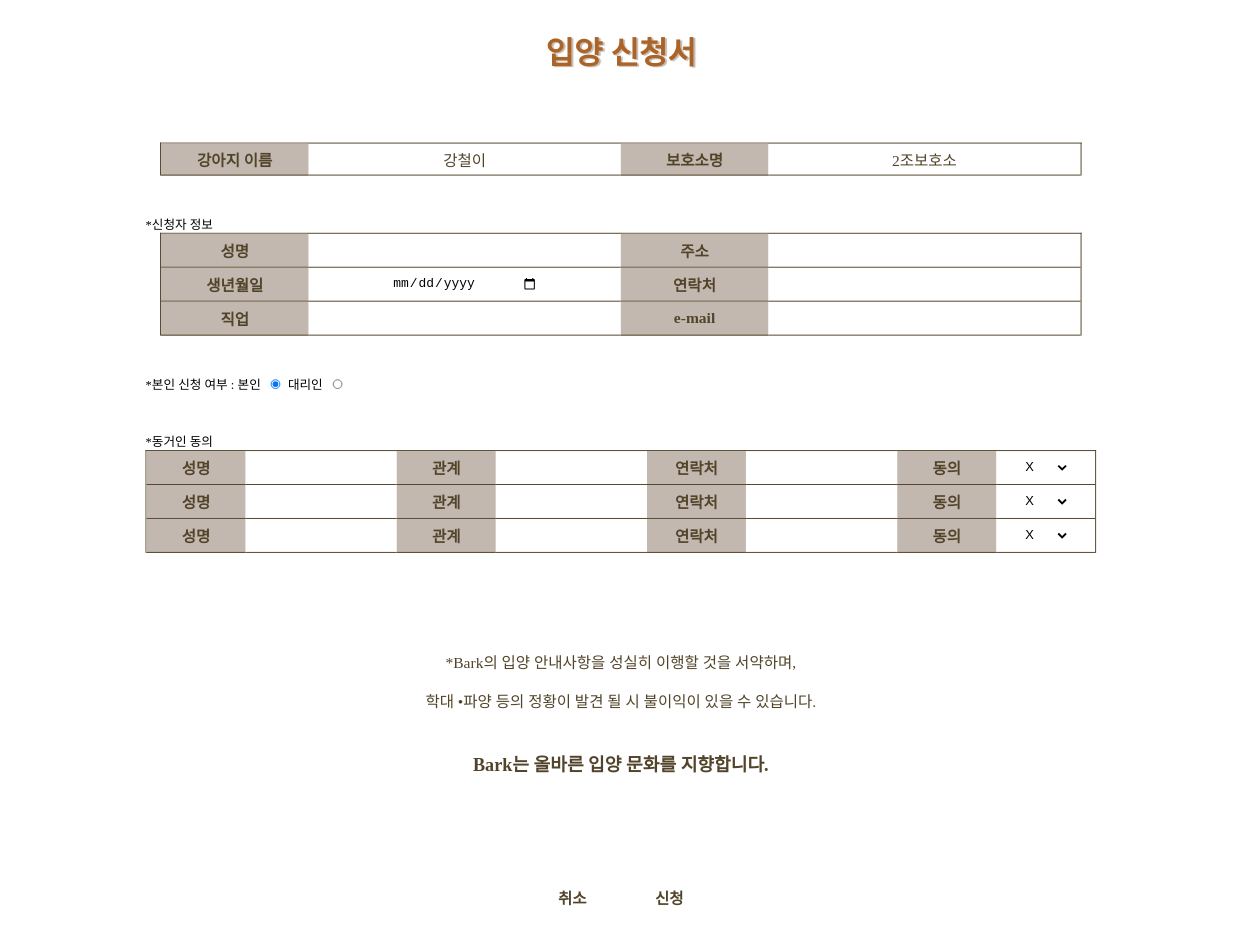
Repository: jngwk/Project-Bark
Page: http://localhost/Bark/include/adoptionForm.jsp
These files come from the project's save history. The page is drawn as it stood at one moment and after the next save; the edit follows.
The browser window is 1280 px wide. The pictures show the whole page, at 97% of full size.
The page is served by Tomcat 9. Other server files are loaded and not shown.

Above is the page before, as saved 2024-03-26 16:01:19.

### java_workspace/Bark/src/main/webapp/include/adoptionForm.jsp
<%@ page language="java" contentType="text/html; charset=UTF-8"
    pageEncoding="UTF-8"%>
<!DOCTYPE html>
<html>
<head>
<meta charset="UTF-8">
<title>Insert title here</title>
<link rel="stylesheet" href="./css/adoptionForm.css">
</head>
<body>
	<div class="container">
        <div class="adoption-title"><h1>입양 신청서</h1></div>
		<div class="adoption">
            <form action="#" method="post" class="adoption-form">
                <div class="firstform">
                    <table>
                        <tbody>
                            <tr>
                                <td>강아지 이름</td>
                                <td>강철이</td>
                                <td>보호소명</td>
                                <td>2조보호소</td>
                            </tr>
                        </tbody>
                    </table>
                </div>

                <div><h>*신청자 정보</h></div>
                <div class="secondform">
                    <table>
                        <tbody>
                            <tr >
                                <td>성명</td>
                                <td><input type="text" name="name" required></td>
                                <td>주소</td>
                                <td><input type="text" name="addr" required></td>
                            </tr>
                            <tr >
                                <td>생년월일</td>
                                <td><input type="date" name="date" required></td>
                                <td>연락처</td>
                                <td><input type="tel" name="tel" required pattern="[0-9]{3}-[0-9]{4}-[0-9]{4}"></td>
                            </tr>
                            <tr >
                                <td>직업</td>
                                <td><input type="text" name="jop"></td>
                                <td>e-mail</td>
                                <td><input type="email" name="email" required></td>
                            </tr>
                        </tbody>
                    </table>
                </div>
                <div><h>*본인 신청 여부 : 본인<input type="radio" name="check"value="1" checked>대리인<input type="radio" name="check"value="2"></h></div>
                <div><h>*동거인 동의</h></div>
                <div class="thirdform">
                    <table>
                        <tbody>
                            <tr>
                                <td>성명</td>
                                <td><input type="text" name="name"></td>
                                <td>관계</td>
                                <td><input type="text" name="relationship"></td>
                                <td>연락처</td>
                                <td><input type="tel" name="tel" required pattern="[0-9]{3}-[0-9]{4}-[0-9]{4}"></td>
                                <td>동의</td>
                                <td><select name="consent">
                                    <option value="1">X</option>
                                    <option value="0">O</option>
                                    </select>
                                </td>
                            </tr>
                            <tr>
                                <td>성명</td>
                                <td><input type="text" name="name"></td>
                                <td>관계</td>
                                <td><input type="text" name="relationship"></td>
                                <td>연락처</td>
                                <td><input type="tel" name="tel" required pattern="[0-9]{3}-[0-9]{4}-[0-9]{4}"></td>
                                <td>동의</td>
                                <td><select name="consent">
                                    <option value="1">X</option>
                                    <option value="0">O</option>
                                    </select>
                                </td>
                            </tr>
                            <tr>
                                <td>성명</td>
                                <td><input type="text" name="name"></td>
                                <td>관계</td>
                                <td><input type="text" name="relationship"></td>
                                <td>연락처</td>
                                <td><input type="tel" name="tel" required pattern="[0-9]{3}-[0-9]{4}-[0-9]{4}"></td>
                                <td>동의</td>
                                <td><select name="consent">
                                    <option value="1">X</option>
                                    <option value="0">O</option>
                                    </select>
                                </td>
                            </tr>
                        </tbody>
                    </table>
                </div>
                <div class="adoption-text">
                    <p>*Bark의 입양 안내사항을 성실히 이행할 것을 서약하며,</p>
                    <p>학대 •파양 등의 정황이 발견 될 시 불이익이 있을 수 있습니다.</p>
                    <h3>Bark는 올바른 입양 문화를 지향합니다.</h3>
                </div>
                <div class="adoption-button">
                <input type="button" value="취소" id="cancel">
                <input type="submit" value="신청" id="result">
                </div>
			</form>
		</div>
	</div>
</body>
</html>

### java_workspace/Bark/src/main/webapp/css/adoptionForm.css
@charset "UTF-8";
/* 타이틀 */
.adoption-title{
    padding-bottom: 50px; color:rgb(171, 100, 39); text-shadow: 2px 1px 1px rgb(195, 184, 175);
}
.container>div{
    display: flex; justify-content: center; align-items: center;
}

/* 테이블 전체 */
.adoption-form>div>table{
    border-spacing: 0;  display: flex; justify-content: center;
}
.adoption-form tbody{
    border:1px solid #52442a;  border-bottom:0px;
}
.adoption-form td{
    border-bottom:1px solid #52442a;  color: #52442a; text-align: center; height: 30px; font-size: 16px;
}
.adoption-form td:nth-child(odd){
    font-weight: bold; background-color:  rgb(195, 184, 175);
}
.adoption-form td:nth-child(even){
    font-weight: nomal;
}

/* 테이블 각각 */
.firstform td:nth-child(odd){
    width: 150px;
}
.firstform td:nth-child(even){
    width: 320px;    }
.secondform td:nth-child(odd){
    width: 150px;
}
.secondform td:nth-child(even){
    width: 320px;
}
.thirdform td:nth-child(odd){
    width: 100px;
}
.thirdform td:nth-child(even){
    width: 100px;
}


/* 인풋테두리정리 */
.adoption-form input{
    border:0; height: 30px; width: 150px; background-color: var(--color-rose-white);
}
.adoption-form input:focus{
    outline: none;
}
.adoption-form>div>table>tbody>tr>td>select{
    width: 50px; border:0; height: 30px; background-color: var(--color-rose-white);
}
.adoption-form>div>table>tbody>tr>td>select:focus{
    outline: none;
}

/* 중간타이틀 */
.adoption-form h{
    font-size: 13px; display: block; padding-top: 40px;
}
.adoption-form h>input{height: 10px; width: 20px}



/* 버튼 */
.adoption-button{
    display: flex; justify-content: center; align-items: center; margin-top:100px;
}
.adoption-button>input{
    width: 80px; height: 30px; font-size: 16px; font-weight: bold; margin: 10px; border-radius: 5px; border: 0px; color: #52442a;
    }
.adoption-button>input:hover{
    background-color: rgb(195, 184, 175);
}

/* 주의사항 */
.adoption-text{display: block; text-align: center; margin-top: 100px; color:#52442a;}
.adoption-text>h3{padding-top: 20px;}


/* #fcf1e7 #52442a */

After the next save:
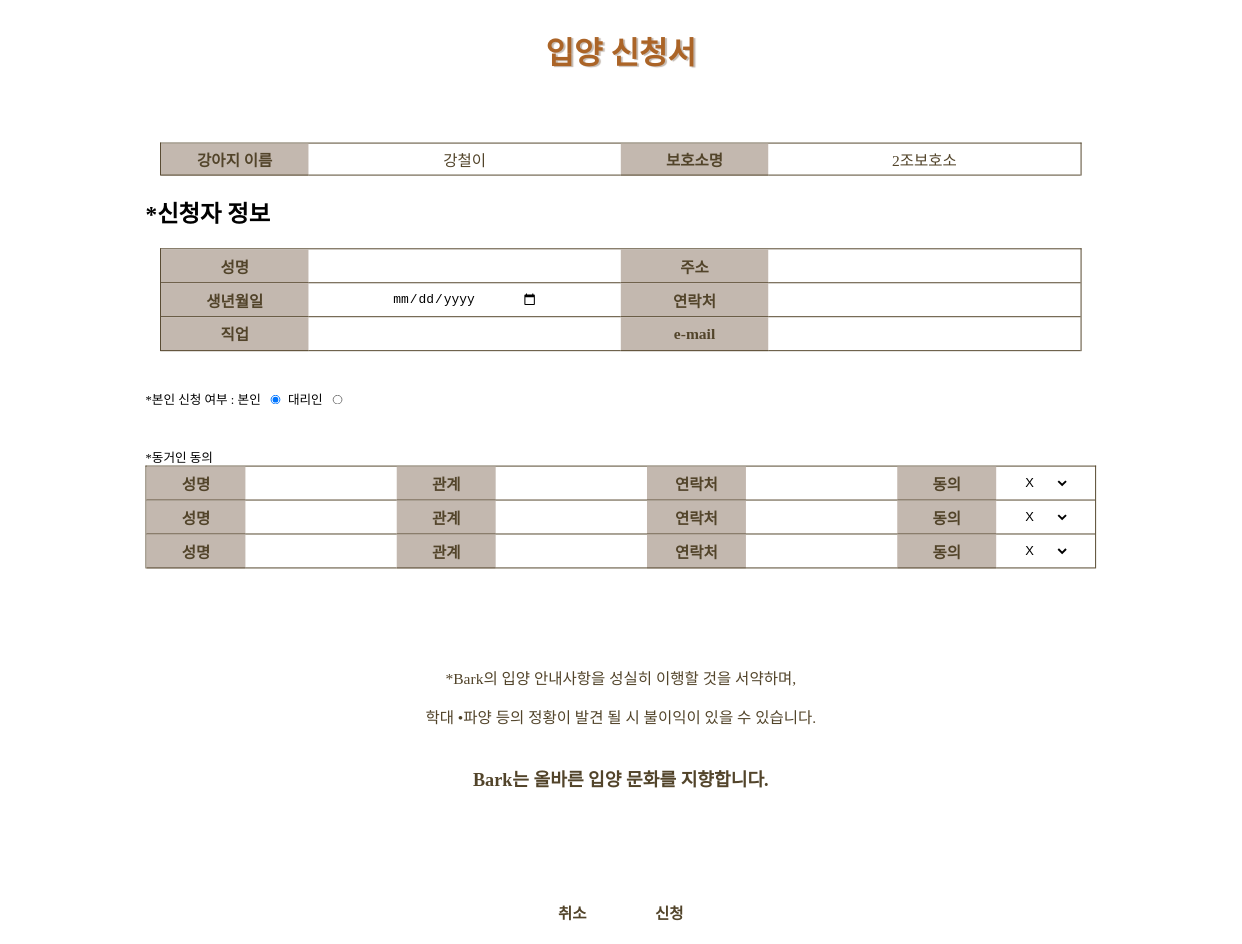
Saved 8 h 23 min later.
--- a/java_workspace/Bark/src/main/webapp/include/adoptionForm.jsp
+++ b/java_workspace/Bark/src/main/webapp/include/adoptionForm.jsp
@@ -25,7 +25,7 @@
                     </table>
                 </div>
 
-                <div><h>*신청자 정보</h></div>
+                <div><h2>*신청자 정보</h2></div>
                 <div class="secondform">
                     <table>
                         <tbody>
